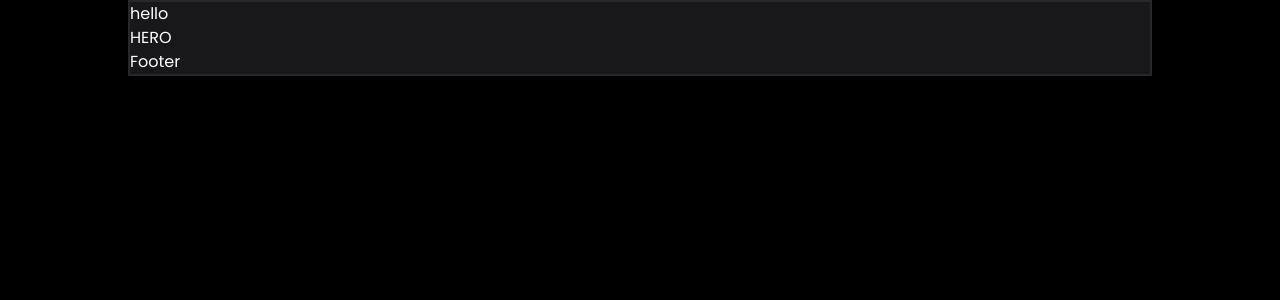
Repository: Wafaabahgat/Portfolio
Page: /
The author's editor kept a copy of each file at every save. The page is drawn from the files as they stood at one save, then again after the next save.
The browser window is 1280 px wide. The pictures show the whole page.
The project was rebuilt for these pictures with package versions that can differ from the ones it lists, and the page was loaded fresh each time. Also part of the build but not shown: vite.config.ts, src/App.css, src/ErrorPage.tsx.

Above is the page before, as saved 2023-12-07 02:44:13.

After the next save:
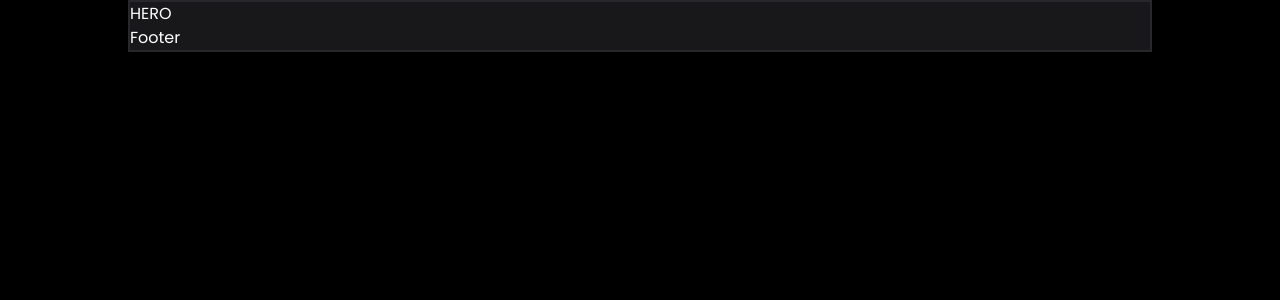
Saved 8 s later.
--- a/src/components/layouts/Header.tsx
+++ b/src/components/layouts/Header.tsx
@@ -26,7 +26,7 @@ const Header: FC<HeaderProps> = () => {
 
   return (
     <>
-      <div>hello</div>
+      <div></div>
     </>
   );
 };
